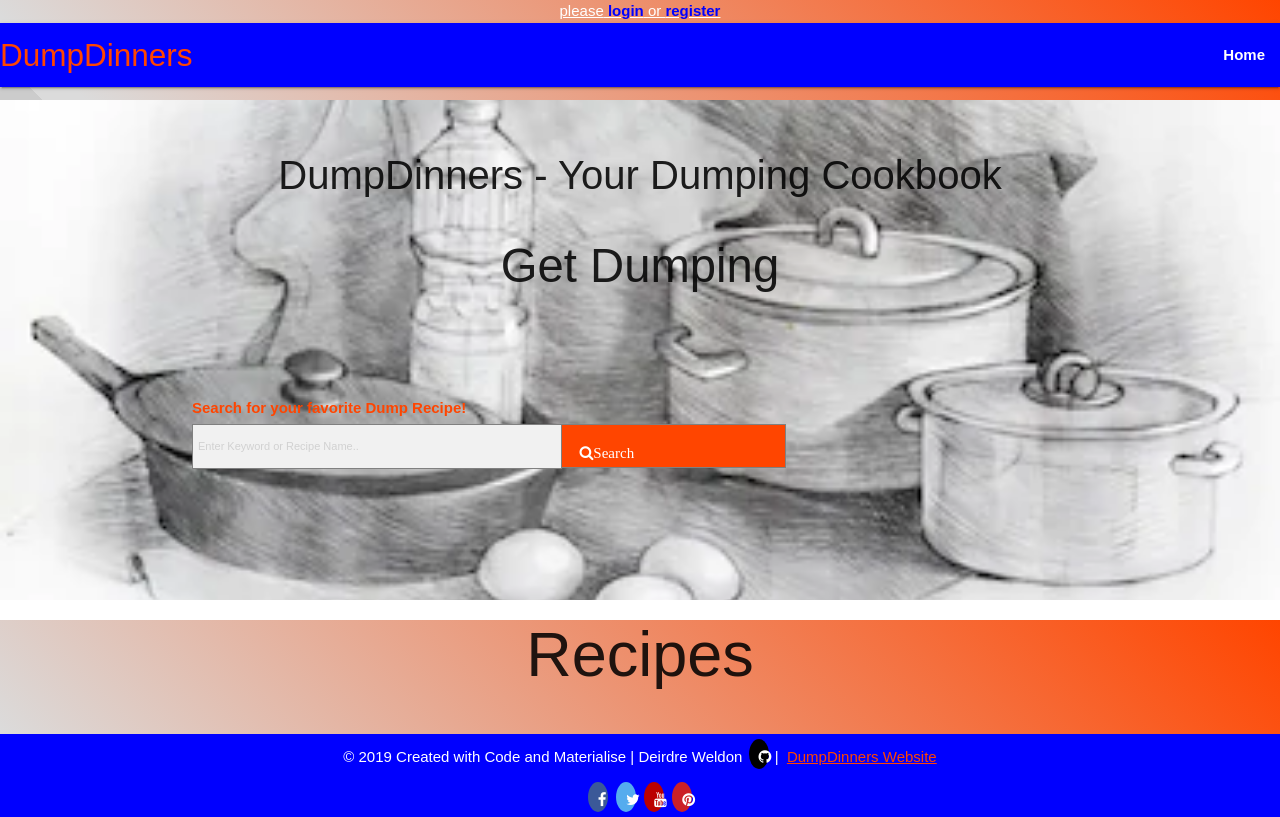
Repository: Deirdre18/dumpdinners-recipe-app
Page: http://localhost/
The author's editor kept a record of every edit. The page is drawn from the files as they stood at one moment, then again after the next edit.
The browser window is 1280 px wide. The pictures show the whole page.
Some web libraries are served in a nearby version. The page is served by the project's application, run on Flask 3 (app.py). Queries for data that is not in the repository find no rows.

Above is the page before.

After the next edit:
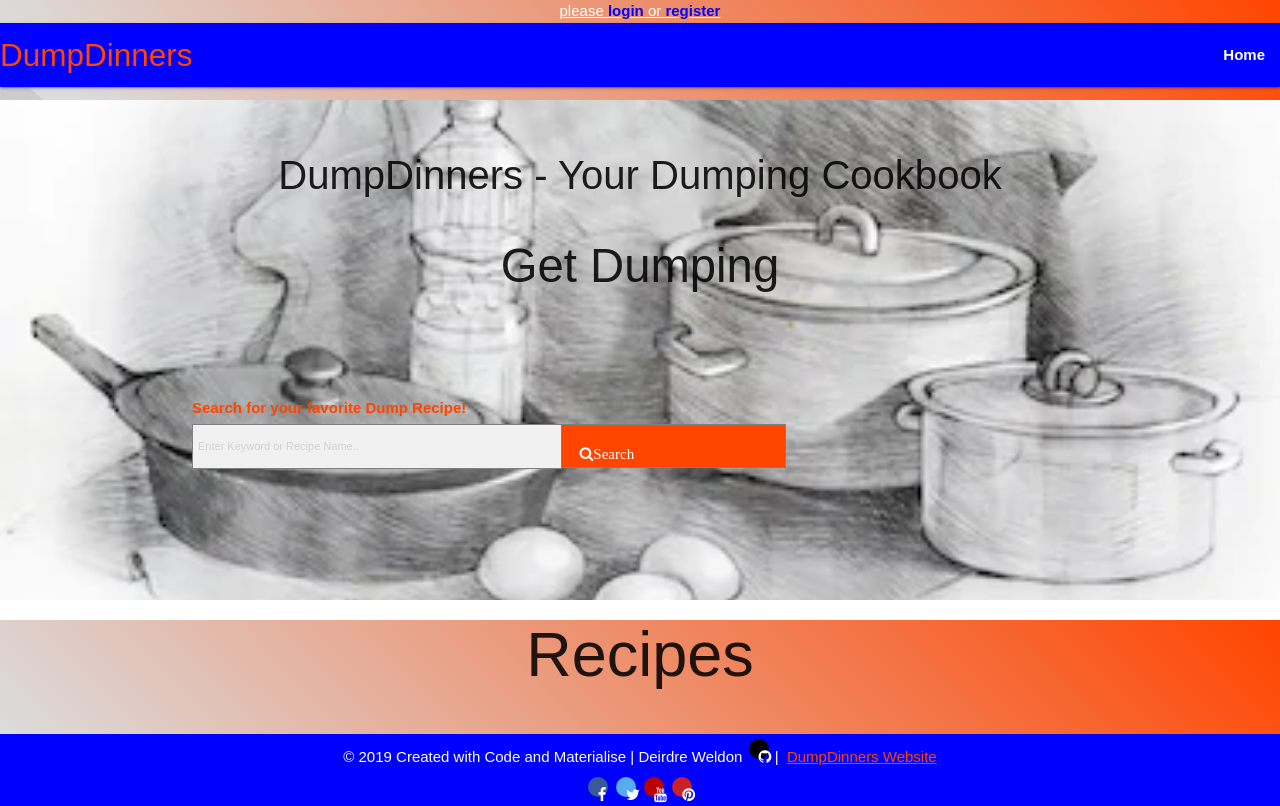
The edit:
--- a/templates/base.html
+++ b/templates/base.html
@@ -259,7 +259,7 @@
             text-decoration: none;
             margin: 5px 2px;
             border-radius: 50%;
-            height: 30px;
+            height: 20px;
         }
 
         .fa:hover {
